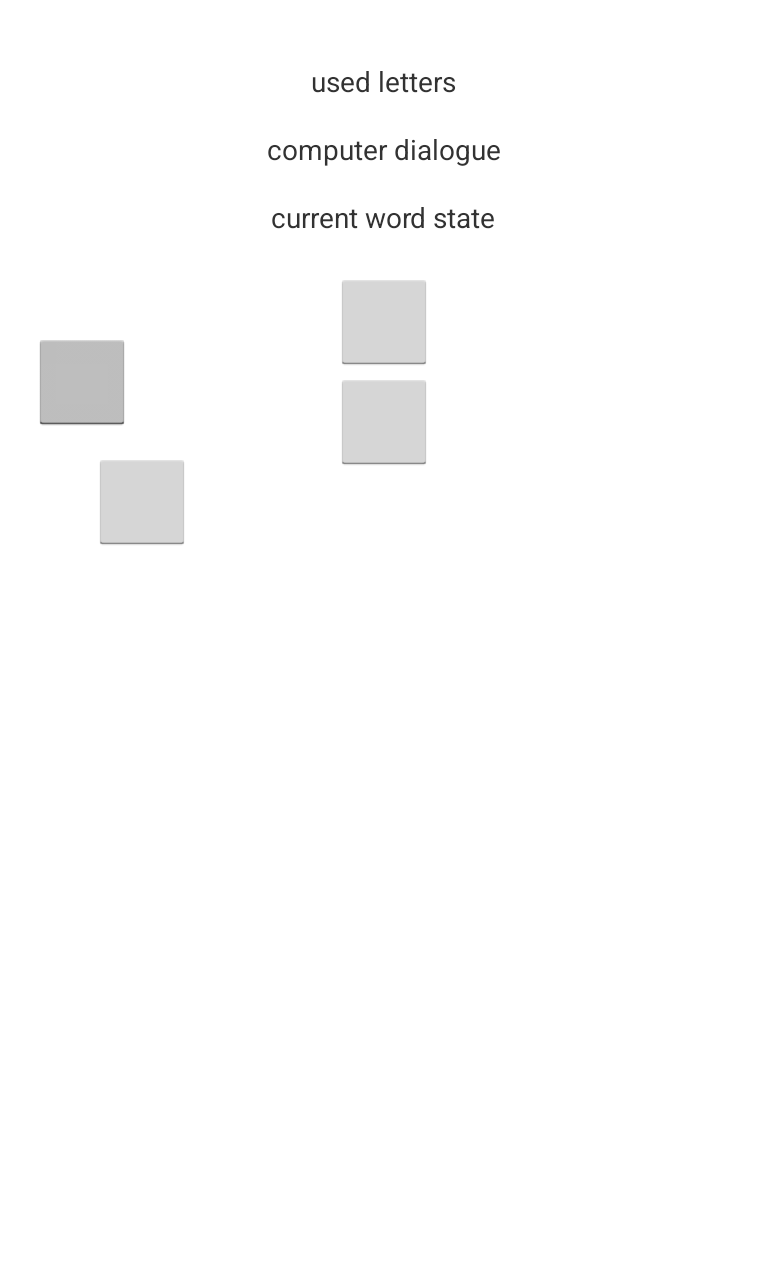
Repository: svandenhout/EvilSpaceMonsterHangman
Layout: evilSpaceMonsterHangman/res/layout/activity_main.xml
An editor plug-in stored every save of this project. The layout is shown before and after the next save, followed by the edit.
It is drawn on a 768 x 1280 px phone screen (xhdpi) without system bars, with theme AppTheme; the app's code is not run.

Above is the layout before, as saved 2013-12-16 13:26:00.

### evilSpaceMonsterHangman/res/layout/activity_main.xml
<RelativeLayout xmlns:android="http://schemas.android.com/apk/res/android"
              xmlns:tools="http://schemas.android.com/tools"
              android:layout_width="match_parent"
              android:layout_height="match_parent"
              android:paddingLeft="@dimen/activity_horizontal_margin"
              android:paddingRight="@dimen/activity_horizontal_margin"
              android:paddingTop="@dimen/activity_vertical_margin"
              android:paddingBottom="@dimen/activity_vertical_margin"
              tools:context=".MainActivity"
              android:orientation="vertical">

    <TextView
            android:id="@+id/usedLetters"
            android:layout_width="wrap_content"
            android:layout_height="wrap_content"
            android:text="@string/used_letters"
            android:layout_centerHorizontal="true"
            android:layout_marginTop="15dp"/>

    <TextView
            android:id="@+id/computerDialogue"
            android:layout_width="wrap_content"
            android:layout_height="wrap_content"
            android:layout_centerHorizontal="true"
            android:text="@string/computer_dialogue"
            android:layout_below="@+id/usedLetters"
            android:layout_marginTop="15dp"/>

    <TextView
            android:id="@+id/currentWordState"
            android:layout_width="wrap_content"
            android:layout_height="wrap_content"
            android:layout_below="@id/computerDialogue"
            android:text="@string/current_word_state"
            android:layout_centerHorizontal="true"
            android:layout_marginTop="15dp"/>

    <Button
        android:id="@+id/eye_6"
        android:layout_width="50dp"
        android:layout_height="50dp"
        android:layout_alignParentLeft="true"
        android:layout_marginTop="150dp"
        android:onClick="eyePress" />

    <Button
        android:id="@+id/eye_2"
        android:layout_width="50dp"
        android:layout_height="50dp"
        android:layout_marginTop="150dp"
        android:layout_marginRight="0dp"
        android:onClick="eyePress" />

    <Button
        android:id="@+id/eye_5"
        android:layout_width="50dp"
        android:layout_height="50dp"
        android:layout_alignLeft="@+id/eye_6"
        android:layout_below="@+id/eye_6"
        android:layout_marginLeft="30dp"
        android:layout_marginTop="10dp"
        android:onClick="eyePress" />

    <Button
        android:id="@+id/eye_3"
        android:layout_width="50dp"
        android:layout_height="50dp"
        android:layout_centerHorizontal="true"
        android:layout_marginTop="120dp"
        android:onClick="eyePress" />

    <Button
        android:id="@+id/eye_1"
        android:layout_width="50dp"
        android:layout_height="50dp"
        android:layout_alignTop="@+id/eye_5"
        android:layout_marginTop="14dp"
        android:layout_toLeftOf="@+id/eye_2"
        android:onClick="eyePress" />

    <Button
        android:id="@+id/eye_4"
        android:layout_width="50dp"
        android:layout_height="50dp"
        android:layout_below="@+id/eye_3"
        android:layout_centerHorizontal="true"
        android:onClick="eyePress" />

</RelativeLayout>

### evilSpaceMonsterHangman/res/values/strings.xml
<?xml version="1.0" encoding="utf-8"?>
<resources>

    <string name="app_name" >Hangman
    </string>

    <!-- settings & preferences -->
    <string name="hi_scores" >hi-scores
    </string>
    <string name="settings" >settings
    </string>
    <string name="reset" >reset game
    </string>

    <string name="title_user_name" >user name
    </string>
    <string name="title_word_length">word length
    </string>
    <string name="title_amount_of_turns">amount of turns
    </string>
    <string name="title_evil_mode">Evil Mode
    </string>

    <string name="summary_user_name">set your user name here
    </string>
    <string name="summary_word_length">set the length of the words that you want to use
    </string>
    <string name="summary_amount_of_turns">set the amount of turns until you lose
    </string>
    <string name="summary_evil_mode">Start playing Evil Mode, You will not win
    </string>

    <string name="dialog_user_name" >user name:
    </string>
    <string name="dialog_word_length">word length:
    </string>
    <string name="dialog_amount_of_turns">amount of turns:
    </string>
    <string name="dialog_evil_mode">Evil Mode?
    </string>


    <!-- game ui -->
    <string name="current_word" >current word
    </string>
    <string name="current_word_state" >current word state
    </string>
    <string name="used_letters" >used letters
    </string>
    <string name="computer_dialogue">computer dialogue</string>
    <string name="button_text">a</string>

    <!-- game states -->
    <string name="game_won">game won
    </string>
    <string name="game_lost">game lost
    </string>

    <!-- computer monologue -->
    <string name="cmonologue_start">Pick a letter to start playing</string>
    <string name="cmonologue_used">This letter has already been used, try again</string>
    <string name="cmonologue_invalid">WHAT THE HELL IS THAT!?, try another one</string>
    <string name="cmonologue_wrong">Wrong guess, pick again</string>
    <string name="cmonologue_correct">Lucky, why don\'t you try again?</string>
    <string name="cmonologue_won">:((</string>
    <string name="cmonologue_lost">:-)</string>
</resources>

Loaded but not shown: evilSpaceMonsterHangman/res/values/styles.xml (common file); evilSpaceMonsterHangman/res/values-v11/styles.xml (common file); evilSpaceMonsterHangman/res/values-v14/styles.xml (common file); evilSpaceMonsterHangman/res/values/dimens.xml (common file)

After the next save:
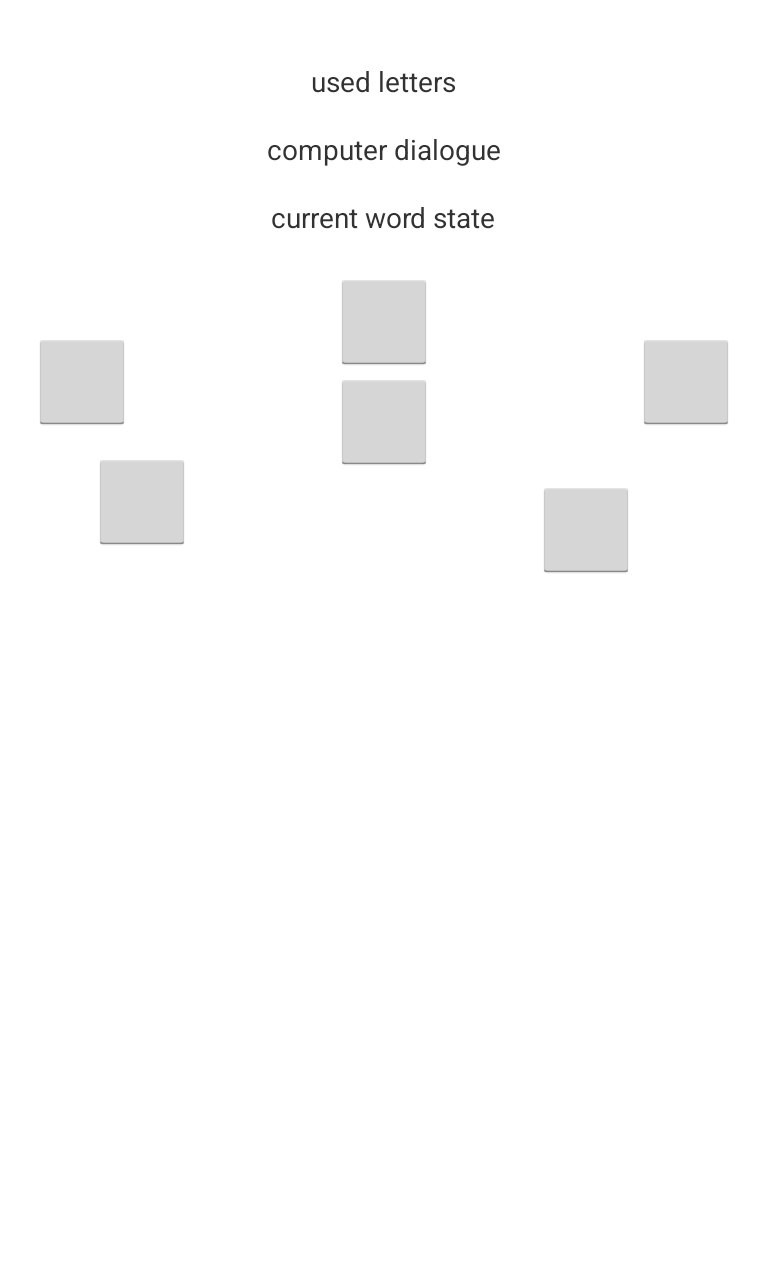
Saved 11 s later.
--- a/evilSpaceMonsterHangman/res/layout/activity_main.xml
+++ b/evilSpaceMonsterHangman/res/layout/activity_main.xml
@@ -48,7 +48,7 @@
         android:layout_width="50dp"
         android:layout_height="50dp"
         android:layout_marginTop="150dp"
-        android:layout_marginRight="0dp"
+        android:layout_alignParentRight="true"
         android:onClick="eyePress" />
 
     <Button
